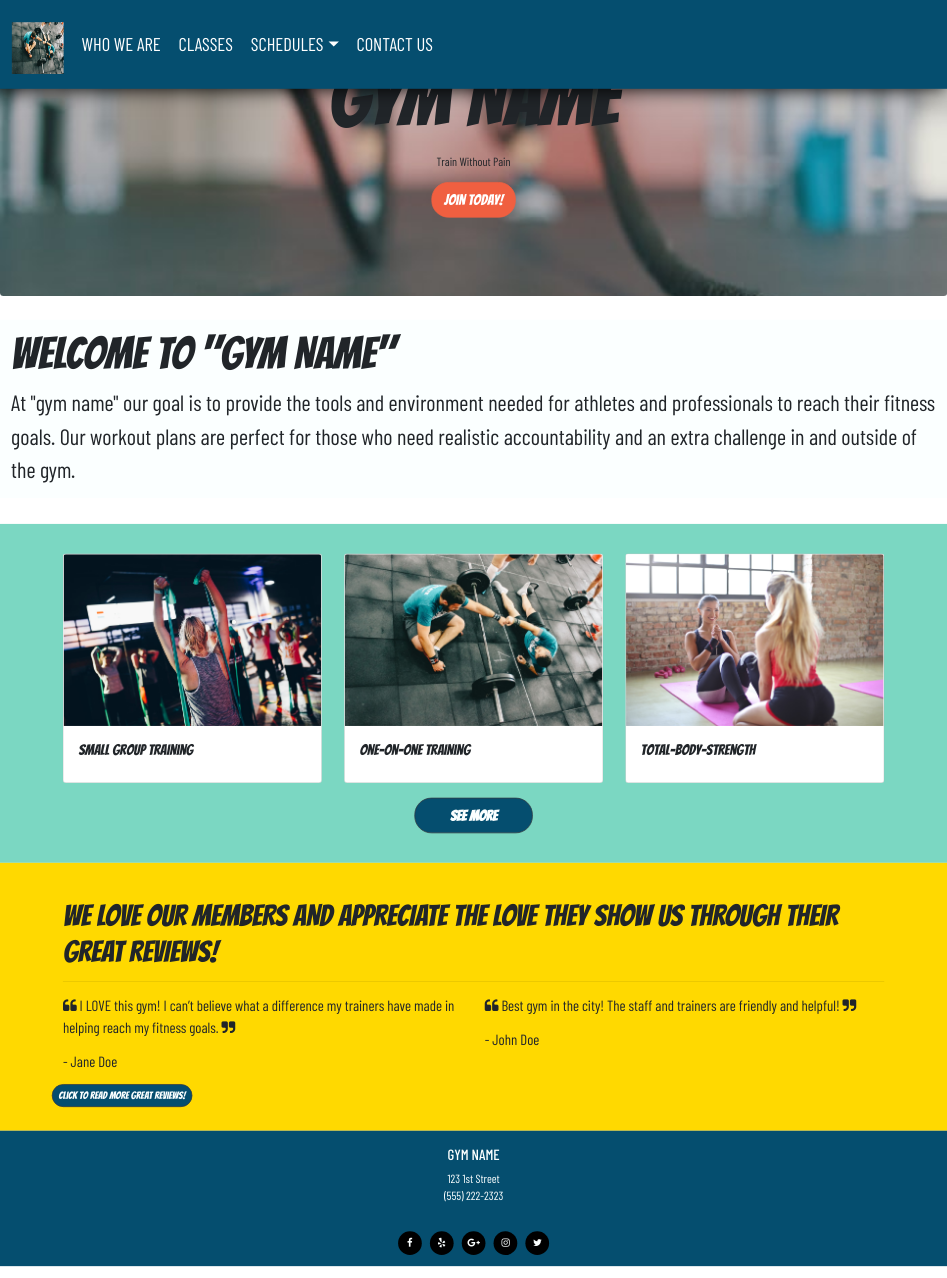
Repository: amybru/sweatitout
Page: index.html
The author's editor kept a record of every edit. The page is drawn from the files as they stood at one moment, then again after the next edit.
The browser window is 1280 px wide. The pictures show the whole page, at 74% of full size.
Some web fonts or font styles are not loaded; a fallback is used. Some web libraries are served in a nearby version.

Above is the page before.

### index.html
<!DOCTYPE html>
<html>

<head>
    <meta charset="utf-8">
    <meta name="viewport" content="width=device-width, initial-scale=1.0">
    <link rel="stylesheet" href="https://maxcdn.bootstrapcdn.com/bootstrap/4.2.1/css/bootstrap.min.css" type="text/css" />
    <link href="//maxcdn.bootstrapcdn.com/font-awesome/4.7.0/css/font-awesome.min.css" rel="stylesheet">
    <link href="https://fonts.googleapis.com/css?family=Bangers|Barlow+Condensed:200,300,400,500,700&display=swap" rel="stylesheet">
    <link rel="stylesheet" type="text/css" href="css/style.css">
    <title>Gym</title>
</head>

<body>
    <header>
    <nav class="navbar navbar-expand-lg navbar-default navbar-fixed-top">
        <a href="index.html" class="navbar-brand"><img src="img/gymtwo.jpg" width="70" height="70" class="d-inline-block align-top logo-img" alt=""></a>

        <button class="navbar-toggler" type="button" data-toggle="collapse" data-target="#navbarSupportedContent" aria-controls="navbarSupportedContent" aria-expanded="false" aria-label="Toggle navigation">
    <span class="navbar-toggler-icon"></span>
  </button>

        <div class="collapse navbar-collapse navbar-content" id="navbarNavDropdown">
            <ul class="navbar-nav justify-content-end">
                <li class="nav-item ml-auto list-inline-item menuitem uppercase"><a class="nav-link" href="about.html">Who We Are</a></li>
                <li class="nav-item ml-auto list-inline-item menuitem uppercase"><a class="nav-link" href="classes.html">Classes</a></li>
                <li class="nav-item dropdown d-none d-lg-block list-inline-item menuitem uppercase">
                    <a class="nav-link dropdown-toggle" href="#" id="navbarNavDropdownMenuLink" role="button" data-toggle="dropdown" aria-haspopup="true" aria-expanded="false">Schedules</a>
                    <div class="dropdown-menu" aria-labelledby="navbarNav DropdownMenuLink">
                        <a class="dropdown-item uppercase" href="#" target="_blank">2018 Schedule</a>
                        <a class="dropdown-item uppercase" href="#" target="_blank">2019 Schedule</a>
                        <a class="dropdown-item uppercase" href="#" target="_blank">2020 Schedule</a>
                    </div>
                </li>
                <li class="active nav-item ml-auto list-inline-item menuitem uppercase"><a class="nav-link" href="contact.html">Contact Us</a></li>
        </div>

    </nav>
    </header>

    <section class="jumbotron" id="landing-view">
        <div class="row">
            <div class="col-12">
                    <h1 class="gym-name">GYM NAME</h1>
                    <p>Train Without Pain</p>
                    <p><button class="btn btn-lg btn-success landingbutton" data-toggle="modal" data-target="#signUpModal" data-whatever="@gymname">Join Today!</button></p>
            </div>
        </div>
    </section>


    <section class="about-landing-page">
        <div class="col-12 bg-color-about-landing section-column block-divider">
            <div class="row">
                <div class="col">
                    <h3 class="section-heading uppercase">Welcome to "GYM NAME"</h3>
                </div>
            </div>
            <div class="row">
                <div class="col-12">
                    <p>At "gym name" our goal is to provide the tools and environment needed for athletes and professionals to reach their fitness goals. Our workout plans are perfect for those who need realistic accountability and an extra challenge in and outside of the gym.  </p>
                </div>
            </div>
        </div>
    </section>


    <section class="services-landing-page bg-color-services-landing block-divider" id="gallery">
        <div class="container">
            <div class="row">
                <div class="col-12 col-lg-4">
                    <div class="card">
                        <img src="img/gymthree.jpg" class="card-img-top">
                        <div class="card-body">
                            <h5 class="card-title">Small Group Training</h5>
                        </div>
                    </div>
                </div>


                <div class="col-12 col-lg-4">
                    <div class="card">
                        <img src="img/gymtwo.jpg" class="card-img-top">
                        <div class="card-body">
                            <h5 class="card-title">One-on-One Training</h5>
                        </div>
                    </div>
                </div>


                <div class="col-12 col-lg-4">
                    <div class="card">
                        <img src="img/gymone.jpeg" class="card-img-top">
                        <div class="card-body">
                            <h5 class="card-title">Total-Body-Strength</h5>
                        </div>
                    </div>
                </div>
                <a href="classes.html" class="btn btn-dark btn-lg card-button">See More</a>
            </div>
        </div>
    </section>


    <div class="container-wrapper bg-color-review-landing block-divider">
        <div class="container review-container content-container">
            <section class="review">
                <div class="row">
                    <div class="col-12 page-header">
                        <h2 class="text-uppercase" id="reviews">We love our members and appreciate the love they show us through their great reviews!</h2>
                        <hr class="block-divider block-divider-short">
                    </div>
                </div>
                <div class="row">
                    <div class="col-12 col-md-6">
                        <div class="media">
                            <div class="d-none d-sm-block">
                                <i class="fas fa-splotch"></i>
                            </div>
                            <div class="media-body">
                                <blockquote class="blockquote">
                                    <p><i class="fa fa-quote-left"></i> I LOVE this gym! I can’t believe what a difference my trainers have made in helping reach my fitness goals. <i class="fa fa-quote-right"></i></p>
                                    <p>- Jane Doe</p>

                                </blockquote>
                            </div>
                        </div>
                    </div>
                    <div class="col-12 col-md-6">
                        <div class="media">
                            <div class="d-none d-sm-block">
                                <i class="fas fa-splotch"></i>
                            </div>
                            <div class="media-body">
                                <blockquote class="blockquote">
                                    <p><i class="fa fa-quote-left"></i> Best gym in the city! The staff and trainers are friendly and helpful! <i class="fa fa-quote-right"></i></p>
                                    <p>- John Doe</p>
                                </blockquote>
                            </div>
                        </div>
                    </div>
                    <a href="https://www.yelp.com" class="btn btn-sm btn-dark reviewb">Click to read more great reviews!</a>
                </div>
        </div>
        </section>


        <div class="modal" tabindex="-1" role="dialog" id="signUpModal">
            <div class="modal-dialog" role="document">
                <div class="modal-content">
                    <div class="modal-header">
                        <h5 class="modal-title uppercase">Join Today!</h5>
                        <button type="button" class="close" data-dismiss="modal" aria-label="Close"></button>
                        </button>
                    </div>
                    <div class="modal-body">
                        <form>
                            <div class="form-group uppercase">
                                <label for="exampleInputName">Your Name</label>
                                <input type="name" class="form-control" id="InputName" aria-describedby="nameHelp" placeholder="Enter Full Name">
                            </div>
                            <div class="form-group uppercase">
                                <label for="message-text" class="col-form-label">Message:</label>
                                <textarea class="form-control" id="message-text"></textarea>
                            </div>
                            <div class="form-group uppercase">
                                <label for="exampleInputEmail1">Email address</label>
                                <input type="email" class="form-control" id="exampleInputEmail1" aria-describedby="emailHelp" placeholder="Enter email">
                                <small id="emailHelp" class="form-text text-muted">We'll never share your email with anyone else.</small>
                            </div>
                            <button type="submit" class="btn btn-success uppercase modalbtn">Submit</button>
                        </form>
                    </div>
                </div>
            </div>
        </div>
    </div>

    <footer class="footer">
        <div>
            <div id="footer-details">
                <h5 class="footer-name uppercase">GYM NAME</h5>
                <p class="block">123 1st Street<br> (555) 222-2323</p>
            </div>

            <div class="footer-social">
                <ul class="list-inline social-links">
                    <li class="list-inline-item">
                        <a target="_blank" href="https://www.facebook.com/">
                            <i class="fa fa-facebook" aria-hidden="true"></i>
                            <span class="sr-only"Facebook></span>
                        </a>
                    </li>
                    <li class="list-inline-item">
                        <a target="_blank" href="https://www.yelp.com/">
                            <i class="fa fa-yelp" aria-hidden="true"></i>
                            <span class="sr-only"Yelp></span>
                        </a>
                    </li>
                    <li class="list-inline-item">
                        <a target="_blank" href="https://www.google.com/">
                            <i class="fa fa-google-plus" aria-hidden="true"></i>
                            <span class="sr-only"Google+></span>
                        </a>
                    </li>
                    <li class="list-inline-item">
                        <a target="_blank" href="https://www.instagram.com/">
                            <i class="fa fa-instagram" aria-hidden="true"></i>
                            <span class="sr-only"Instagram></span>
                        </a>
                    </li>
                    <li class="list-inline-item">
                        <a target="_blank" href="https://twitter.com/?lang=en">
                            <i class="fa fa-twitter" aria-hidden="true"></i>
                            <span class="sr-only"Twitter></span>
                        </a>
                    </li>
                </ul>
            </div>
        </div>

    </footer>

</body>

<script src="https://code.jquery.com/jquery-3.3.1.slim.min.js" integrity="sha384-q8i/X+965DzO0rT7abK41JStQIAqVgRVzpbzo5smXKp4YfRvH+8abtTE1Pi6jizo" crossorigin="anonymous"></script>
<script src="https://cdnjs.cloudflare.com/ajax/libs/popper.js/1.14.7/umd/popper.min.js" integrity="sha384-UO2eT0CpHqdSJQ6hJty5KVphtPhzWj9WO1clHTMGa3JDZwrnQq4sF86dIHNDz0W1" crossorigin="anonymous"></script>
<script src="https://stackpath.bootstrapcdn.com/bootstrap/4.3.1/js/bootstrap.min.js" integrity="sha384-JjSmVgyd0p3pXB1rRibZUAYoIIy6OrQ6VrjIEaFf/nJGzIxFDsf4x0xIM+B07jRM" crossorigin="anonymous"></script>

</html>

### css/style.css
/* ----------------------------------------General */

body {
    font-family: 'Barlow Condensed', sans-serif;
    font-size: 400;
}

h1 {
    font-family: 'Bangers', sans-serif;
}

.card-button {
    display: block;
    max-width: 300px;
    margin: auto;
    font-family: 'Bangers', sans-serif;
    font-weight: bold;
    border-radius: 23px;
    width: 160px;
    margin-top: 20px;
    background-color: #054e6f;
    color: #fbffff;
}

.card-button:hover {
    background-color: #ffd900;
    color: #fbffff;
}

.reviewb {
    background-color: #054e6f;
    color: #fbffff;
    border-radius: 23px;
    font-family: 'Bangers', sans-serif;
}

.reviewb:hover {
    background-color: #67c60a;
    color: #fbffff;
}

.modalbtn {
    color: white;
    background-color: #f05f40;
    border-color: #f05f40;
    border-radius: 23px;
    font-family: 'Bangers', sans-serif;
}

.landingbutton {
    color: white;
    background-color: #f05f40;
    border-color: #f05f40;
    border-radius: 23px;
    font-family: 'Bangers', sans-serif;
}

.free-button {
    display: block;
    max-width: 500px;
    margin: auto;
    font-family: 'Bangers', sans-serif;
    font-weight: bold;
    border-radius: 23px;
    width: 300px;
    margin-top: 40px;
    background-color: #054e6f;
    color: #fbffff;
}

.free-button:hover {
    background-color: #67c60a;
    color: #fbffff;
}

.btn-contact[type="submit"] {
    margin-top: 20px;
    margin-bottom: 30px;
    color: #000;
    background-color: #ffd900;
    font-family: 'Bangers', sans-serif;
}

.btn-contact:hover {
    color: #ffd900;
    background-color: #000;
}

.uppercase {
    text-transform: uppercase;
}

/* ----------------------------------------Navbar*/

.navbar {
    background-color: #054e6f;
    color: #fbffff;
    position: fixed;
    top: 0;
    left: 0;
    right: 0;
    height: 120px;
    display: flex;
    box-shadow: 0 0 25px 0 #000;
    z-index: 1;
}


.navbar-brand {
    width: 70px;
    height: 70px;
    transition: transform .2s;
}

.navbar-brand:hover {
    transform: scale(1.25);
}

.navbar-nav li a {
    text-decoration: none;
    color: white;
    font-size: 25px;
    border-radius: 23px;
    text-align: right;
    transition-property: background-color;
    transition-duration: .5s;
    transition-timing-function: ease-in-out;
}

.navbar-nav li a:hover {
    color: #054e6f;
    background-color: #fbffff;
    border-radius: 23px;
}

.dropdown-menu {
    background-color: #ffd900;
    color: #054e6f;
    position: relative;
}

.dropdown-item {
    background-color: #ffd900;
    color: #054e6f;
    border-radius: 23px;
}

.dropdown-item:hover {
    color: #054e6f;
    background-color: #fbffff;
    transition-property: background-color;
    transition-duration: .5s;
    transition-timing-function: ease-in-out;
}

/* ---------------------------------------Jumbotrons */

.jumbotron {
    height: 22em;
    display: flex;
    justify-content: center;
    text-align: center;
    position: relative;
}

#landing-view {
    background-image: url("../img/gymfive.jpeg");
    height: 400px;
    background-position: center;
    background-repeat: no-repeat;
    background-size: cover;
    text-align: center;
}

#about-view {
    background-image: url("../img/gymfive.jpeg");
    height: 400px;
    background-position: center;
    background-repeat: no-repeat;
    background-size: cover;
    text-align: center;
}

#classes-view {
    background-image: url("../img/gymfour.jpg");
    height: 400px;
    background-position: center;
    background-repeat: no-repeat;
    background-size: cover;
    text-align: center;
}

#contact-view {
    background-image: url("../img/gymone.jpeg");
    height: 400px;
    background-position: center;
    background-repeat: no-repeat;
    background-size: cover;
    text-align: center;
}

/* ----------------------------------------Footer */

.footer {
    min-height: 130px;
    margin: 0;
    padding-bottom: 0;
}

footer {
    background-color: #054e6f;
    color: #fbffff;
    text-align: center;
}

.social-links {
    padding-bottom: 15px;
}

.social-links li a i {
    width: 32px;
    height: 32px;
    padding: 12px 0;
    border-radius: 50%;
    font-size: 13px;
    line-height: 7px;
    text-align: center;
    color: #fbffff;
    background: #000;
    transition: all 0.35s ease-in-out;
    -moz-transition: all 0.35s ease-in-out;
    -webkit-transition: all 0.35s ease-in-out;
    -o-transition: all 0.35s ease-in-out;
}

.social-links li a i:hover {
    background-color: #ffd900;
}

#footer-details {
    padding: 20px;
}

/* ----------------------------------------Home page styles */

.bg-color-about-landing {
    background-color: #fbffff;
    padding-top: 10px;
    margin-top: 10px;
    margin-bottom: 35px;
}

.bg-color-services-landing {
    background-color: #7bd7c2;
    padding: 40px;
}

.bg-color-review-landing {
    background-color: #ffd900;
}

.about-landing-page h3 {
    font-size: 60px;
    font-family: 'Bangers', sans-serif;
}

.about-landing-page p {
    font-size: 30px;
}

.gym-name {
    font-size: 7em;
}

.card-main {
    margin: 20px 10px;
    transition: transform .2s;
}

.card-main:hover {
    transform: scale(1.25);
}

.card-title {
    font-family: 'Bangers', sans-serif;
}

.review {
    padding-top: 3em;
    padding-bottom: 2em;
    margin: 0;
}

#reviews {
    font-family: 'Bangers', sans-serif;
    font-size: 40px;
}

/* ----------------------------------------About Page styles */

.about-about {
    background-color: #fbffff;
    margin: 0;
}

.about-about p {
    font-size: 35px;
}

.about-gallery {
    background-color: #7bd6c2;
    padding: 20px;
    margin: 0;
}

.about-gallery .flex {
    display: flex;
    margin-bottom: 25px;
    margin-top: 45px;
    align-items: center;
    padding: 40px;
}

.about-gallery h2 {
    margin-bottom: 40px;
    font-family: 'Bangers', sans-serif;
    font-size: 55px;
    padding-top: 20px;
    padding-left: 30px;
}

.about-gallery h3 {
    font-weight: 400;
    width: 100%;
    font-size: 32px;
    font-family: 'Bangers', sans-serif;
    line-height: 1;
}

.about-gallery p {
    font-weight: 400;
    margin-top: 5px;
    font-size: 18px;
    max-width: 600px;
    text-align: justify;
}

.about-gallery .photo {
    width: 208px;
    height: 211px;
    border-radius: 50%;
    position: relative;
}

.about-gallery .border {
    border: 5px solid #fbffff;
}

.instructor-details {
    padding-left: 30px;
    padding-right: 100px;
}


.about-skills {
    background-color: #054e6f;
    padding-top: 20px;
    padding-bottom: 30px;
    margin: 0;
}

.about-skills h3 {
    font-family: 'Bangers', sans-serif;
    font-size: 60px;
    text-align: center;
    color: #fff;
}

.about-skills h4 {
    font-family: 'Bangers', sans-serif;
    font-size: 30px;
    color: #ffd900;
}

.about-skills p {
    margin-bottom: 0;
    padding: 0;
    text-align: right;
    color: #fbffff;
}

.about-signup {
    background-color: #ffd900;
    text-align: center;
    padding-top: 50px;
    padding-bottom: 20px;
}

.about-signup h3 {
    font-family: 'Bangers', sans-serif;
    font-size: 55px;
}

.about-signup p {
    font-size: 30px;
}

/* ----------------------------------------Classes page styles*/

.classesavailable {
    background-color: #7bd7c2;
    width: 100%;
}

.options {
    margin: 10px 20px;
}

#optionone {
    height: 400px;
    width: 530px;
    margin-left: 0;
    background-position: center;
    background-repeat: no-repeat;
    background-size: cover;
    text-align: center;
}

#optiontwo {
    height: 400px;
    width: 530px;
    margin-right: 0;
    background-position: center;
    background-repeat: no-repeat;
    background-size: cover;
    text-align: center;
}

#optionthree {
    height: 400px;
    width: 530px;
    margin-left: 0;
    background-position: center;
    background-repeat: no-repeat;
    background-size: cover;
    text-align: center;
}

#optionfour {
    height: 400px;
    width: 530px;
    margin-right: 0;
    background-position: center;
    background-repeat: no-repeat;
    background-size: cover;
    text-align: center;
}



table {
    border-collapse: collapse;
    border: 2px solid rgb(200, 200, 200);
    letter-spacing: 1px;
    font-size: 0.8rem;
    margin-bottom: 10px;
    margin-top: 30px;
}

.weekday {
    font-family: 'Bangers', sans-serif;
    font-size: 20px;

}

td,
th {
    border: 1px solid rgb(190, 190, 190);
    padding: 10px 20px;
}

th {
    background-color: rgb(235, 235, 235);
}

td {
    text-align: center;
}

@media only screen and (max-width: 1026px) {
  .scheduling  {
    display: none;
  }
}

.schedule-pdf i {
    font-size: 25px;
    color: #ffd900;
    background-color: #054e6f;
    width: 45px;
    height: 45px;
    padding: 20px 0px;
    border-radius: 50%;
    line-height: 6px;
    text-align: center;
    transition: all 0.35s ease-in-out;
    -moz-transition: all 0.35s ease-in-out;
    -webkit-transition: all 0.35s ease-in-out;
    -o-transition: all 0.35s ease-in-out;
}

.schedule-pdf i:hover {
    color: #054e6f;
    background-color: #ffd900;
}

.classesbtn {
    background-color: #054e6f;
    color: #ffd900;
    border-radius: 23px;
    font-family: 'Bangers', sans-serif;
}

.classesbtn:hover {
    background-color: #ffd900;
    color: #054e6f;
}

#schedule {
    padding: 15px;
}

#schedule h5 {
    font-family: 'Bangers', sans-serif;
    font-size: 2.5em;
}


/* ----------------------------------------Contact page styles*/

.column {
    float: left;
    margin-top: 0px;
    padding-top: 10px;
    margin-bottom: 30px;
}

.left {
    width: 40%;
    background-color: #67c60a;
    text-align: center;
}

.right {
    width: 60%;
    background-color: #fbffff;
    justify-content: center;
}

.contact-gym-name {
    font-family: 'Bangers', sans-serif;
    font-size: 50px;
}

.contact-info-item .key {
    font-size: 30px;
    font-weight: 600;
}

.contact-info-item .value {
    font-size: 25px;
}


.contact-gym-hours {
    font-family: 'Bangers', sans-serif;
    font-size: 40px;
}

.buisness-info-item {
    background-color: white;
}

.buisness-info-item .key {
    font-size: 30px;
    font-weight: 600;
}

.buisness-info-item .value {
    font-size: 25px
}

.contact-form {
    padding-left: 100px;
    padding-right: 100px;
}

form {
    padding-top: 15px;
}

.contact-form h3 {
    font-family: 'Bangers', sans-serif;
    font-size: 50px;
}

.contact-form h5 {
    font-family: 'Bangers', sans-serif;
    font-size: 30px;
}

.contact-heading {
    font-family: 'Bangers', sans-serif;
    font-size: 50px;
}

After the next edit:
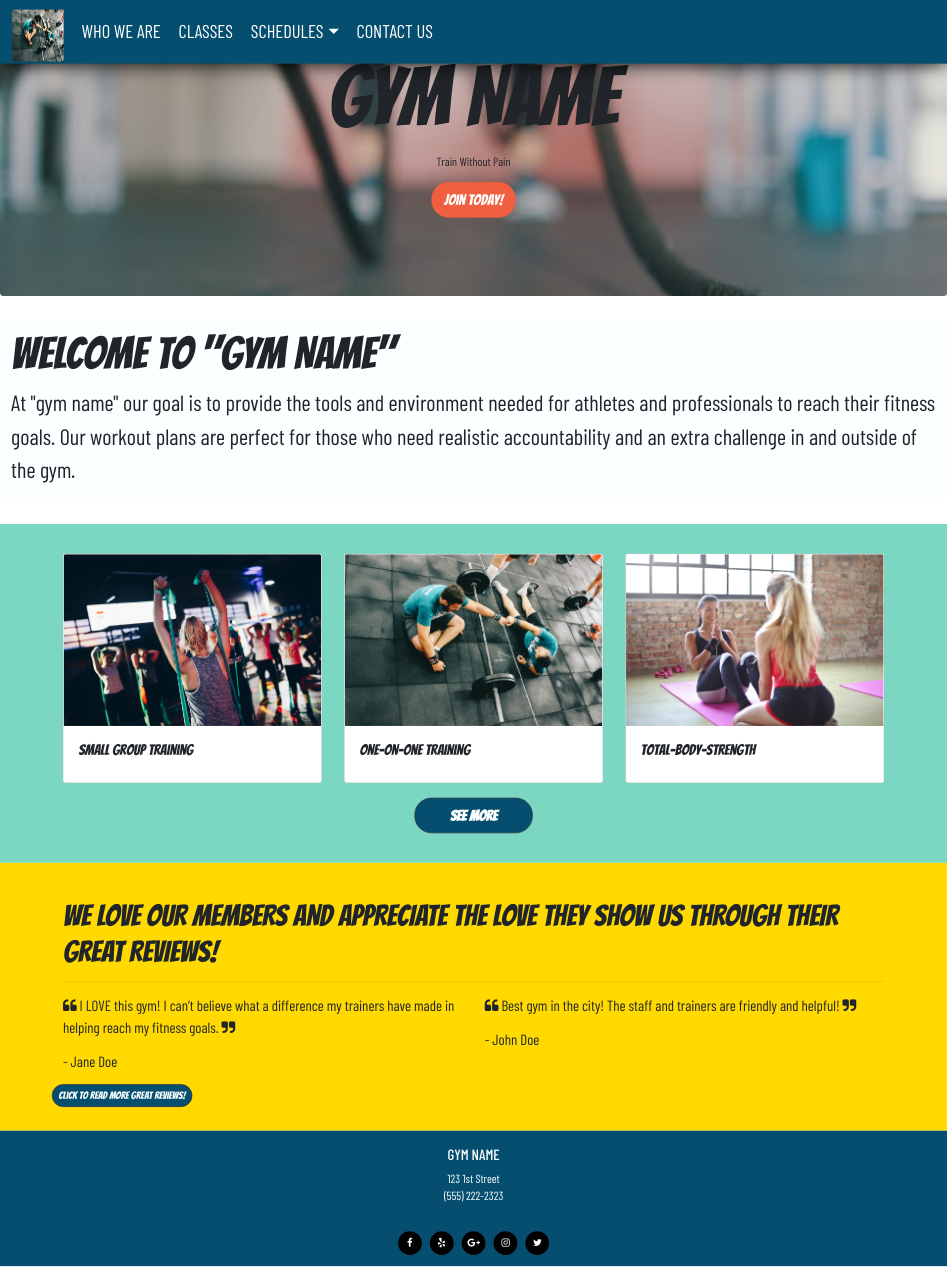
The edit:
--- a/css/style.css
+++ b/css/style.css
@@ -99,7 +99,6 @@
     top: 0;
     left: 0;
     right: 0;
-    height: 120px;
     display: flex;
     box-shadow: 0 0 25px 0 #000;
     z-index: 1;
